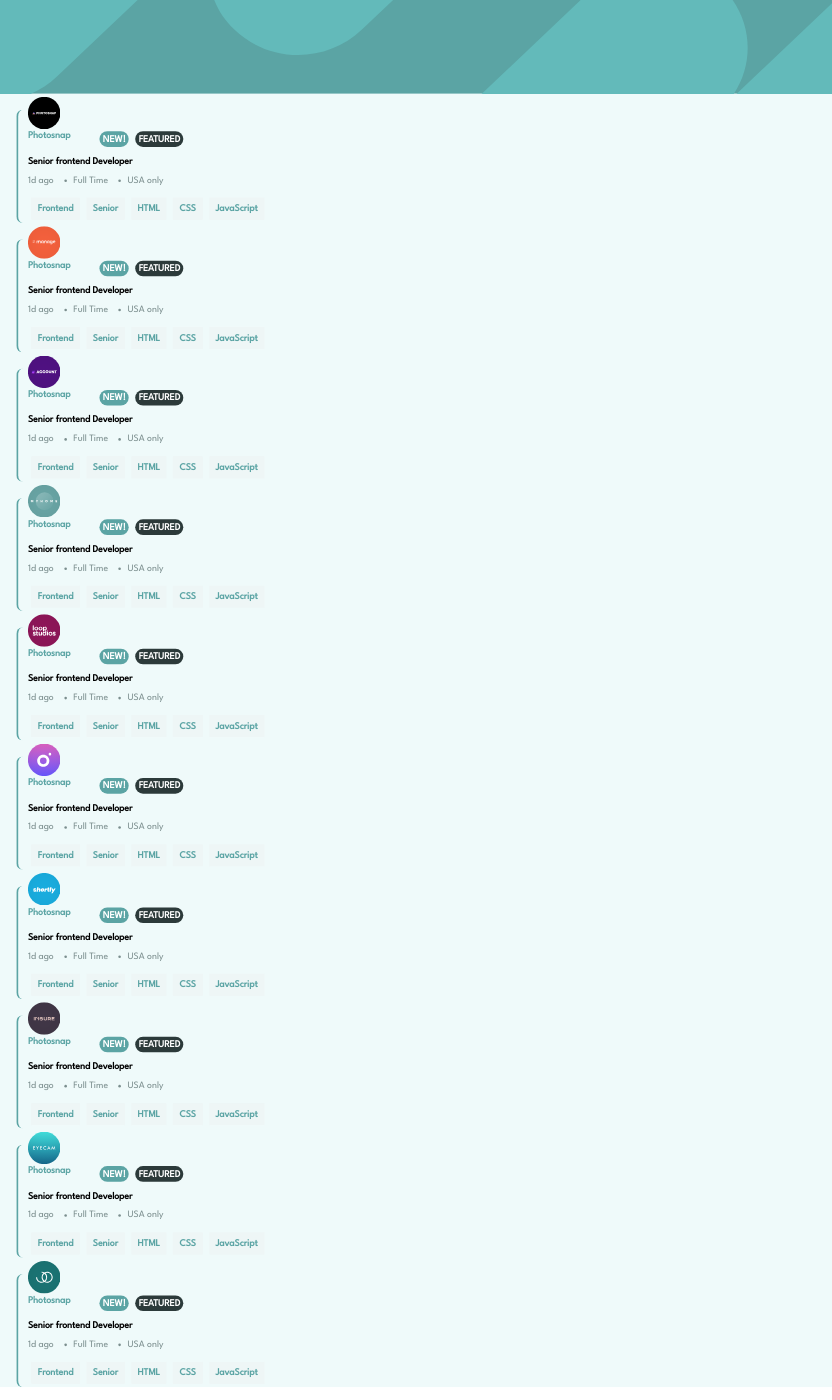
Repository: DevLaukey/job-listing
Page: /
An editor plug-in stored every save of this project. The page is shown before and after the next save, followed by the edit.
The browser window is 1280 px wide. The pictures show the whole page, at 65% of full size.
Some web fonts or font styles are not loaded; a fallback is used. The project was rebuilt for these pictures with package versions that can differ from the ones it lists, and the page was loaded fresh each time.

Above is the page before, as saved 2022-06-02 23:34:01.

### src/App.js
import "./App.css";
import Header from "./components/Header";
import Tablet from "./components/Tablet";
import data from "./data.json";

function App() {
  const tablets = data.map((data) => <Tablet
    key={data.id}
    company={data.company}
    neew={data.new}
    featured={data.featured}
    position={data.position}
    role={data.role}
    level={data.level}
    postedAt={data.postedAt}
    contract={data.contract}
    location={data.location}
    languages={data.languages}
    tools={data.tools}
    logo={data.logo} />);
  return (
    <div className="App">
      <Header />
      <div className="content">{tablets}</div>
    </div>
  );
}

export default App;

### src/App.css
@import url('https://fonts.googleapis.com/css2?family=Grape+Nuts&family=League+Spartan&display=swap');
*{
  margin: 0;
  padding: 0;
  box-sizing: border-box;
}
.App{
  background-color: hsl(180, 52%, 96%);
  font-size: 15px;
}

### src/components/Header.js
import React from 'react'
import "./styles.css"

function Header() {
  return (
    <header className='header'></header>
  )
}

export default Header

### src/components/Tablet.js
import React from "react";
import "./styles.css";
import id from "./images/insure.svg"

function Tablet({ company, logo ,neew ,featured, position, role, level, postedAt, contract, location,languages, tools}) {
console.log(logo)
    return (

    <div className="tablet">
      <div className="tablet_content">
        <img className="image" src={logo} alt="" />

        <div className="heading">
          <div className="company">
            <p>Photosnap</p>
          </div>
          <div className="new">
            <p>NEW!</p>
          </div>
          <div className="featured">
            <p>FEATURED</p>
          </div>
        </div>
        <div className="title">
          <p>Senior frontend Developer</p>
        </div>
        <div className="details">
          <p>1d ago</p>
          <ul className="list">
            <li> Full Time</li>
            <li className="country"> USA only</li>
          </ul>
        </div>
              <hr className="line" />
              <div className="tags">
                 <p className="category">Frontend</p>
                 <p className="category">Senior</p>
                 <p className="category">HTML</p>
                 <p className="category">CSS</p>
                 <p className="category">JavaScript</p>
              </div>
      </div>
    </div>
  );
}

export default Tablet;

### src/components/styles.css
.header{
background-image: url(../assets/bg-header-mobile.svg);
padding: 10vh;
background-color: hsl(180, 29%, 50%)

}
.tablet{
    border-left: 3px solid  hsl(180, 29%, 50%);
    border-radius: 10px;
    margin: 25px 25px 20px 25px;
}
.tablet_content{
 margin-left: 15px;
 margin-right: 25px;
 font-family: 'League Spartan', sans-serif;
  font-weight: 700;
    align-items: center;
}
.image{
    height: 50px;
    margin-top: -20px;
}
.heading{
    display:flex;
}
.company{
color: hsl(180, 29%, 50%);
margin-right:3em;
}
.new{
    background-color:hsl(180, 29%, 50%);
    padding: 5px;
    color:white;
    border-radius: 25px;
    margin-right:10px ;
}
.featured{
     background-color: hsl(180, 14%, 20%);
    padding: 5px;
    color:white;
    border-radius: 25px;
}
.title{
    margin-top: 15px;
}
.details{
    display: flex;
    color: hsl(180, 8%, 52%);
    font-weight:400;
    margin-top: 15px;
    margin-bottom: 15px;
}
.list{
    display: flex;
    margin-left: 2em;
}
.country{
    margin-left:2em;
}
.line{
    margin-bottom: 15px;
    color: gray;
}
.tags{
    color: hsl(180, 29%, 50%);
    display: flex;
    flex-wrap: wrap;
}
.category{
    background-color: hsl(180, 31%, 95%);
    padding: 10px;
    margin: 5px;
}


/* media query */

@media screen and (min-width: 768px ){
  .header{
  background-image: url(../assets/bg-header-desktop.svg);
  }
  .line{display:none;}
}

Loaded but not shown: public/index.html (common file); src/index.js (common file); src/index.css (common file); src/reportWebVitals.js (common file); src/data.json (common file)

After the next save:
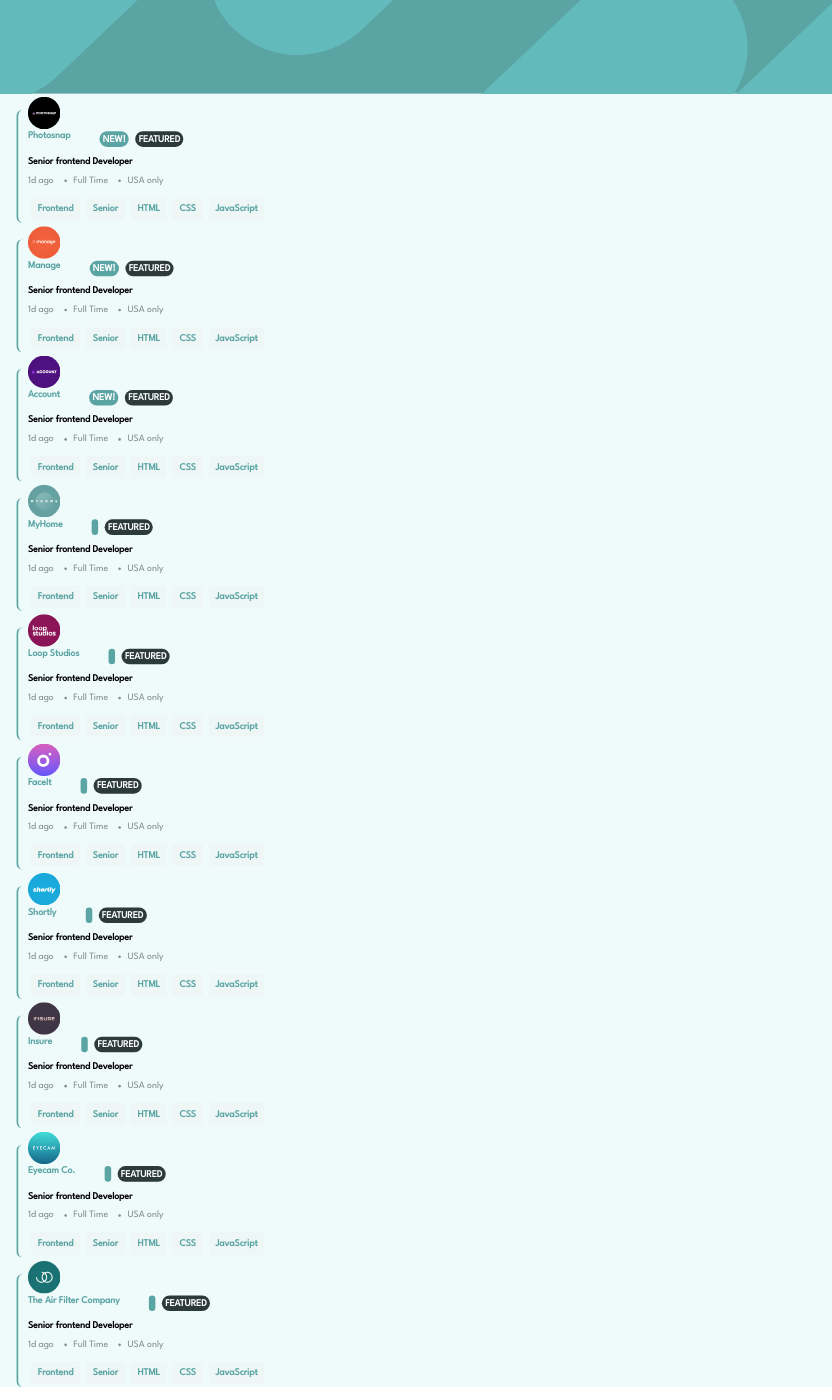
Saved 2 min 22 s later.
--- a/src/components/Tablet.js
+++ b/src/components/Tablet.js
@@ -12,10 +12,10 @@ console.log(logo)
 
         <div className="heading">
           <div className="company">
-            <p>Photosnap</p>
+            <p>{company}</p>
           </div>
           <div className="new">
-            <p>NEW!</p>
+                        {neew && (<p>NEW!</p>)}
           </div>
           <div className="featured">
             <p>FEATURED</p>
